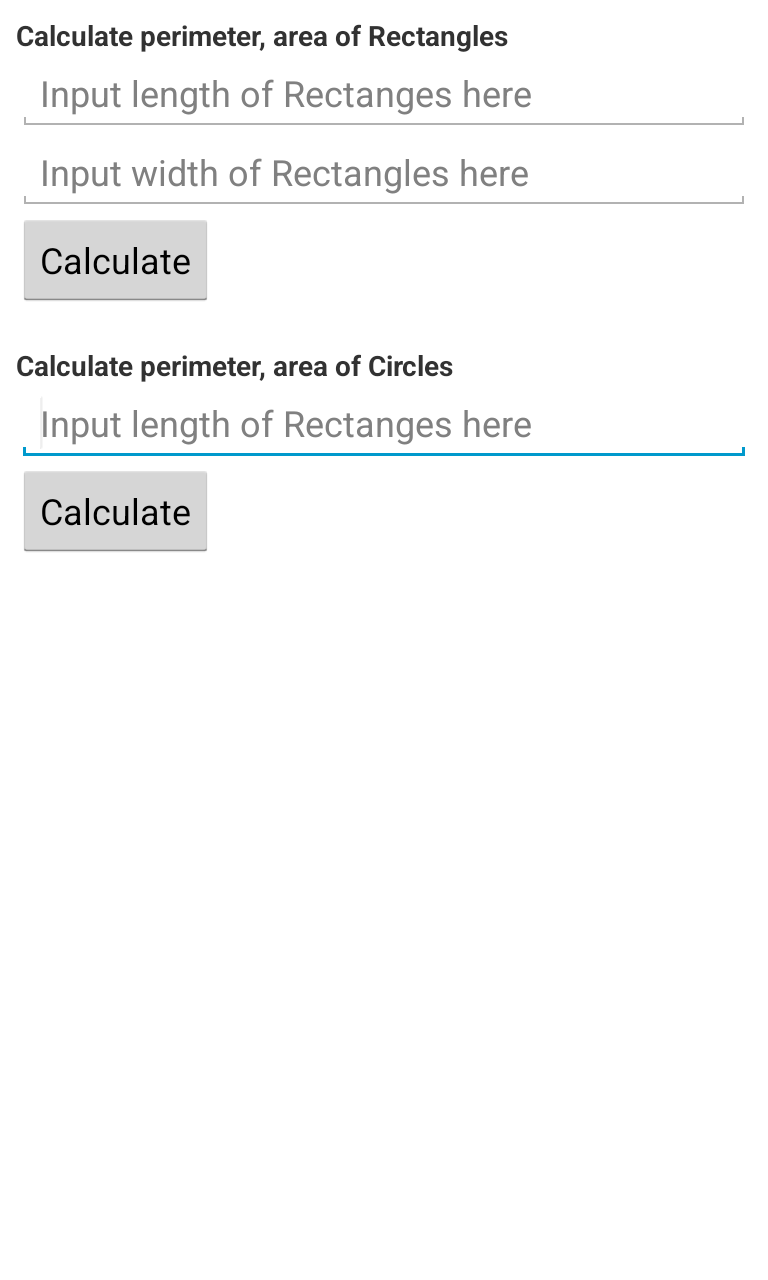
Repository: LightWay152/Lesson1_Variable_Type_Operations
Layout: Perimeter_Area_Rectangles_Circles/res/layout/activity_main.xml
The author's editor kept a copy of each file at every save. The layout is drawn from the files as they stood at one save, then again after the next save.
It is drawn on a 768 x 1280 px phone screen (xhdpi) without system bars, with theme AppTheme; the app's code is not run.

Above is the layout before, as saved 2017-01-01 09:05:07.

After the next save:
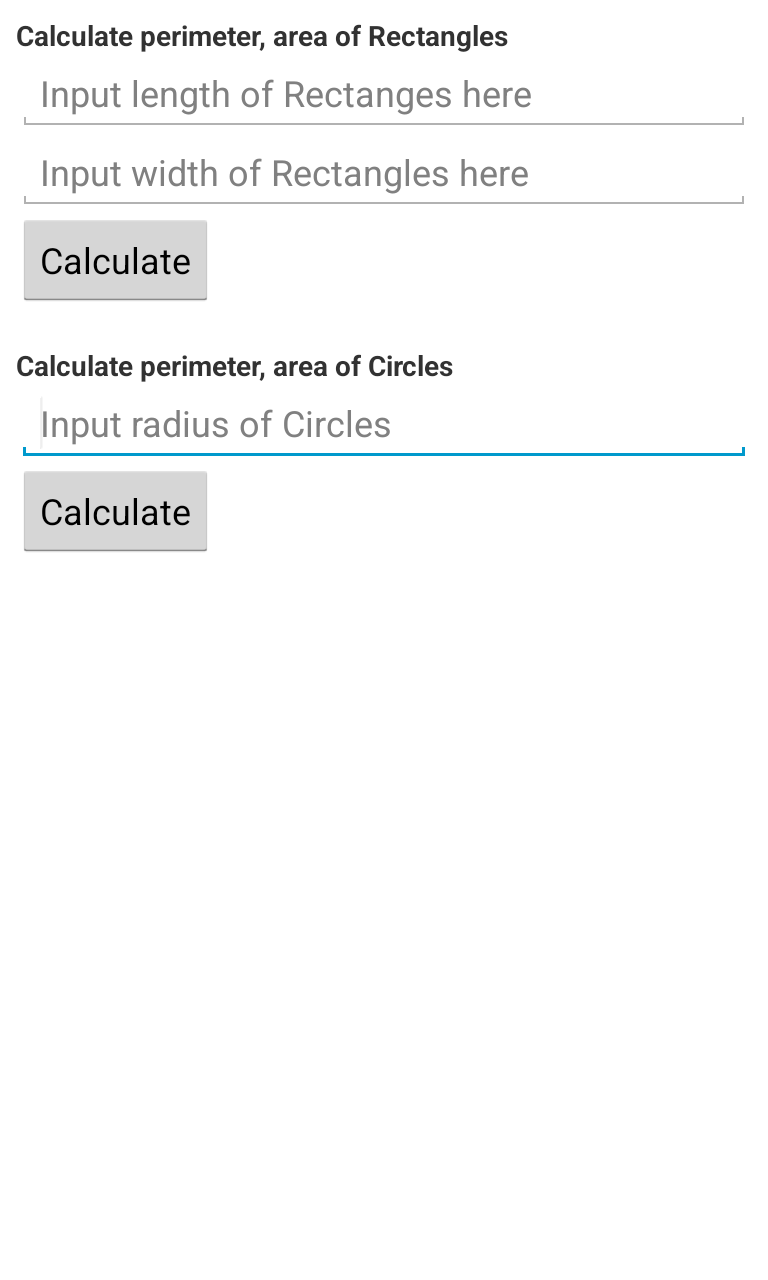
Saved 26 s later.
--- a/Perimeter_Area_Rectangles_Circles/res/layout/activity_main.xml
+++ b/Perimeter_Area_Rectangles_Circles/res/layout/activity_main.xml
@@ -45,7 +45,7 @@
         android:id="@+id/edtRadius"
         android:layout_width="match_parent"
         android:layout_height="wrap_content"
-        android:hint="@string/input_length"
+        android:hint="@string/input_radius"
         android:ems="10"><requestFocus />
     </EditText>
 	<Button
